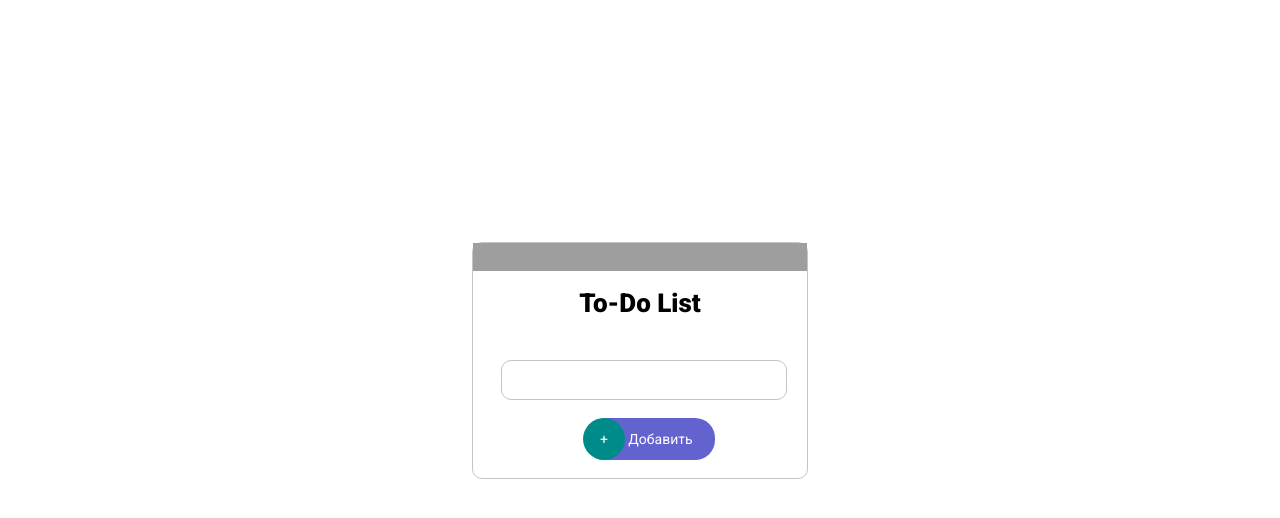
Repository: NatiqSamiyev/To-do-List-js
Page: insex.html
These files come from the project's save history. The page is drawn as it stood at one moment and after the next save; the edit follows.
The browser window is 1280 px wide. The pictures show the whole page.
Pictures or frames that could not be fetched are drawn as grey boxes. Some web fonts or font styles are not loaded; a fallback is used.

Above is the page before, as saved 2023-10-31 11:39:29.

After the next save:
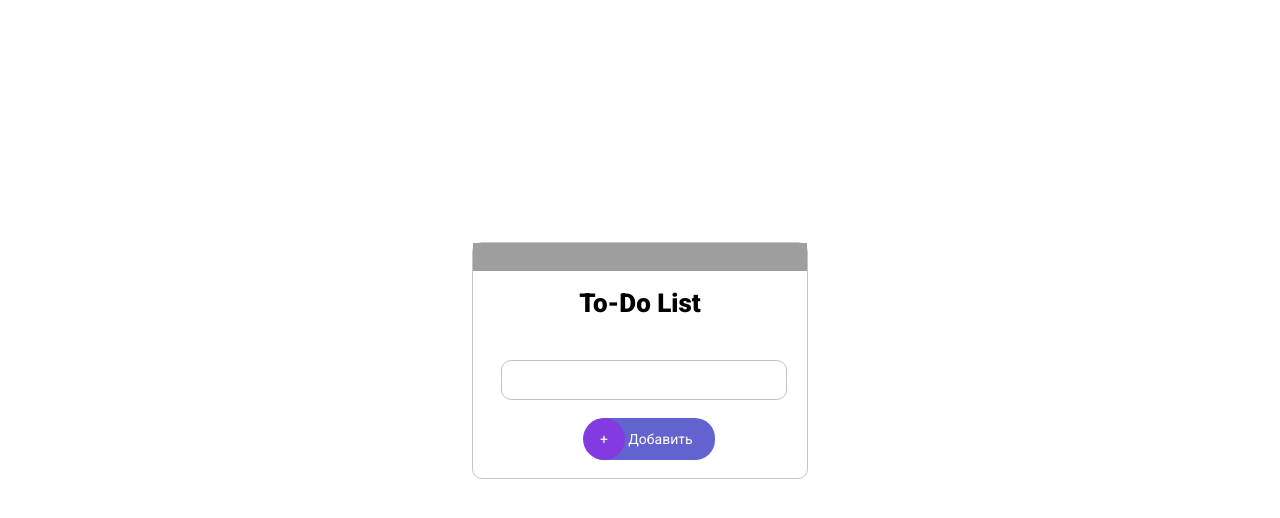
Saved 2 min 1 s later.
--- a/index.css
+++ b/index.css
@@ -87,7 +87,7 @@ input {
 .btn-2 {
   width: 42px;
   height: 42px;
-  background-color: darkcyan;
+  background-color: #833AE0;
   border-radius: 25px;
   border: none;
   position: absolute;
